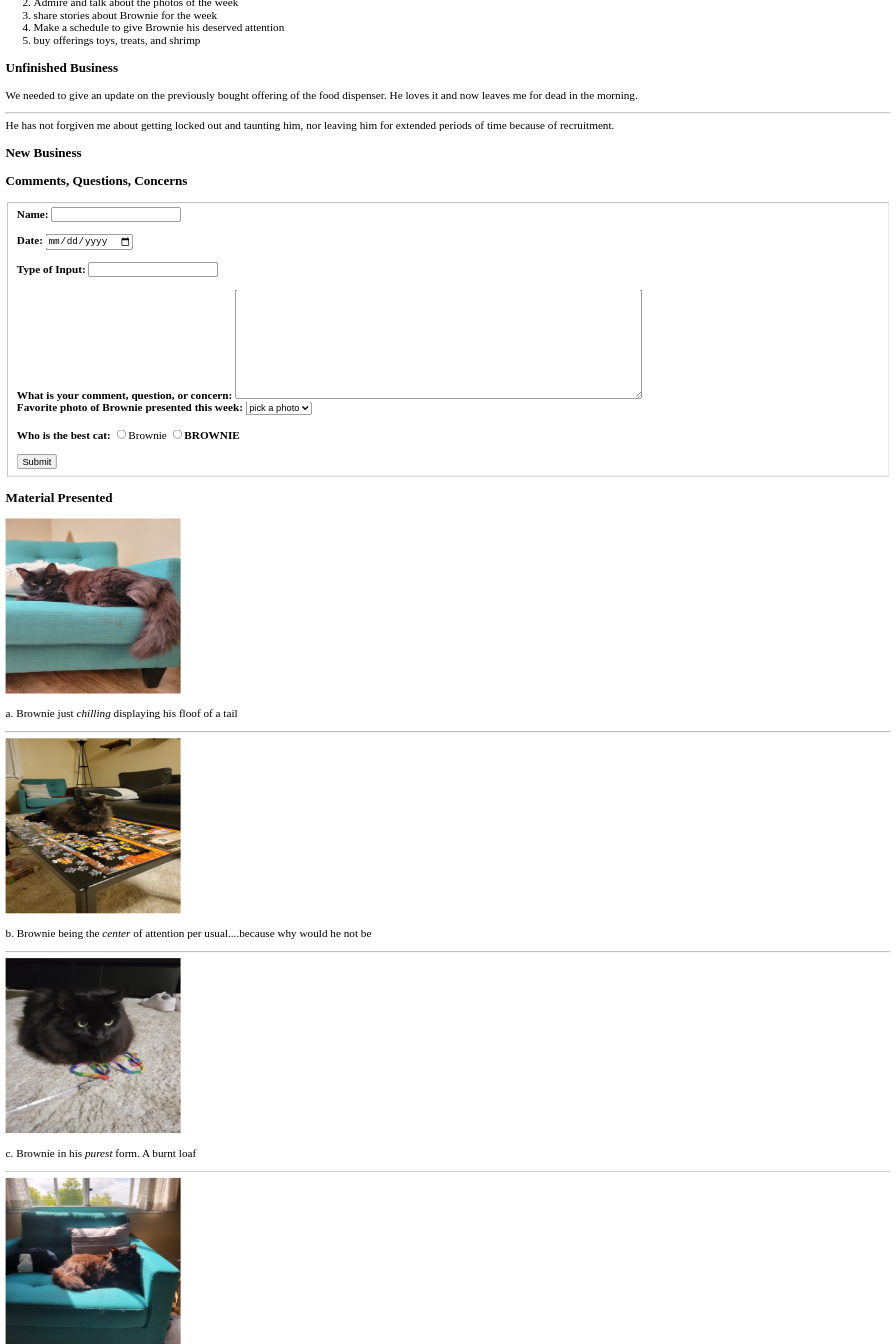
Repository: sarahtthomson/fa22-cse110-lab3
Page: index.html
The author's editor kept a copy of each file at every save. The page is drawn from the files as they stood at one save, then again after the next save.
The browser window is 1280 px wide. The pictures show the part of the page from y = 674 to 2594 px (the page is 3138 px tall before and 3255 px after), at 70% of full size.

Above is the page before, as saved 2022-10-08 19:44:40.

After the next save:
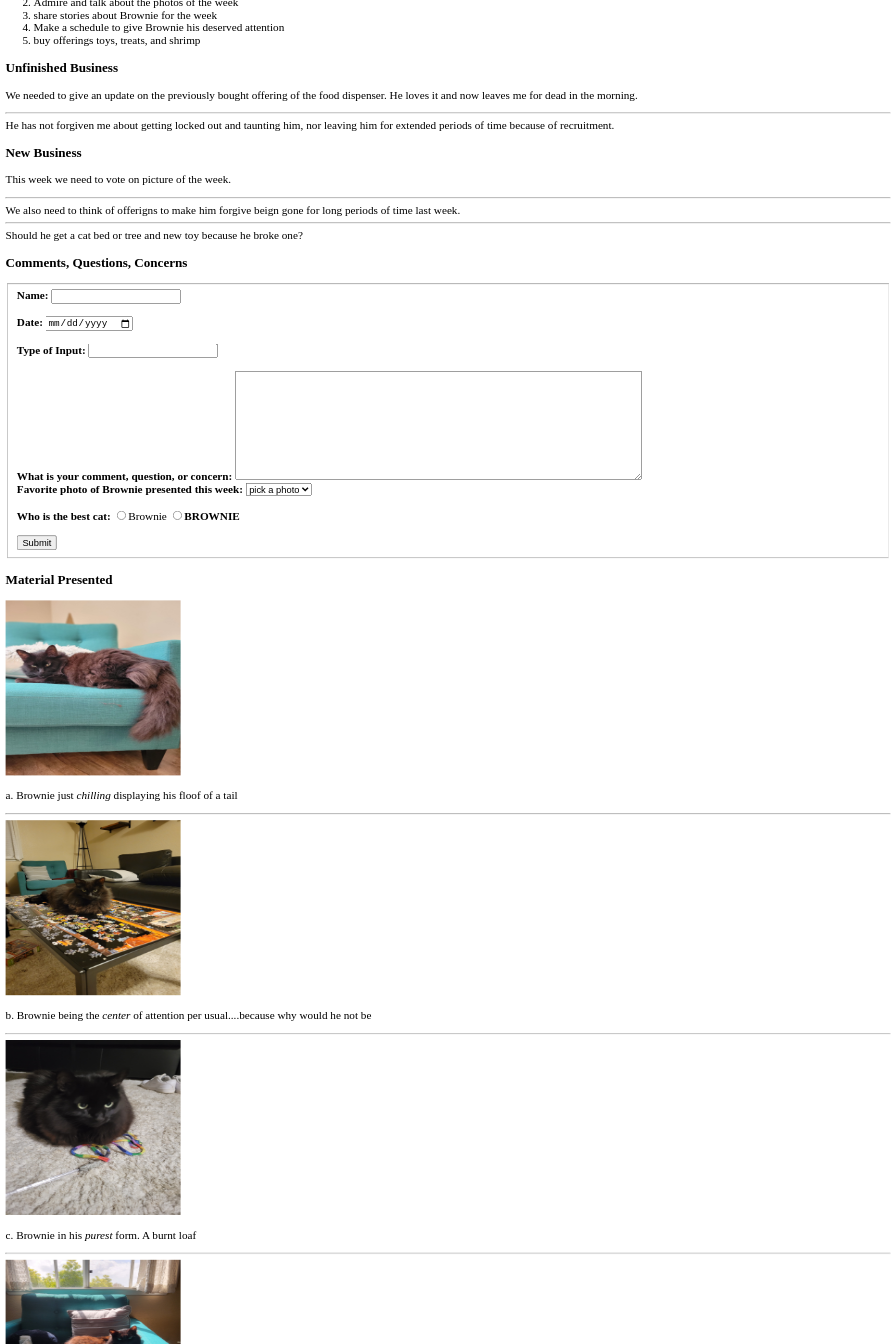
Saved 106 s later.
--- a/index.html
+++ b/index.html
@@ -57,6 +57,7 @@
             </div>
             <div class="New" id="New">
                 <h3>New Business</h3>
+                <p>This week we need to vote on picture of the week. <hr> We also need to think of offerigns to make him forgive beign gone for long periods of time last week. <hr> Should he get a cat bed or tree and new toy because he broke one?
             </div>
             <div class="Comments" id="Comments">
                 <h3>Comments, Questions, Concerns</h3>
